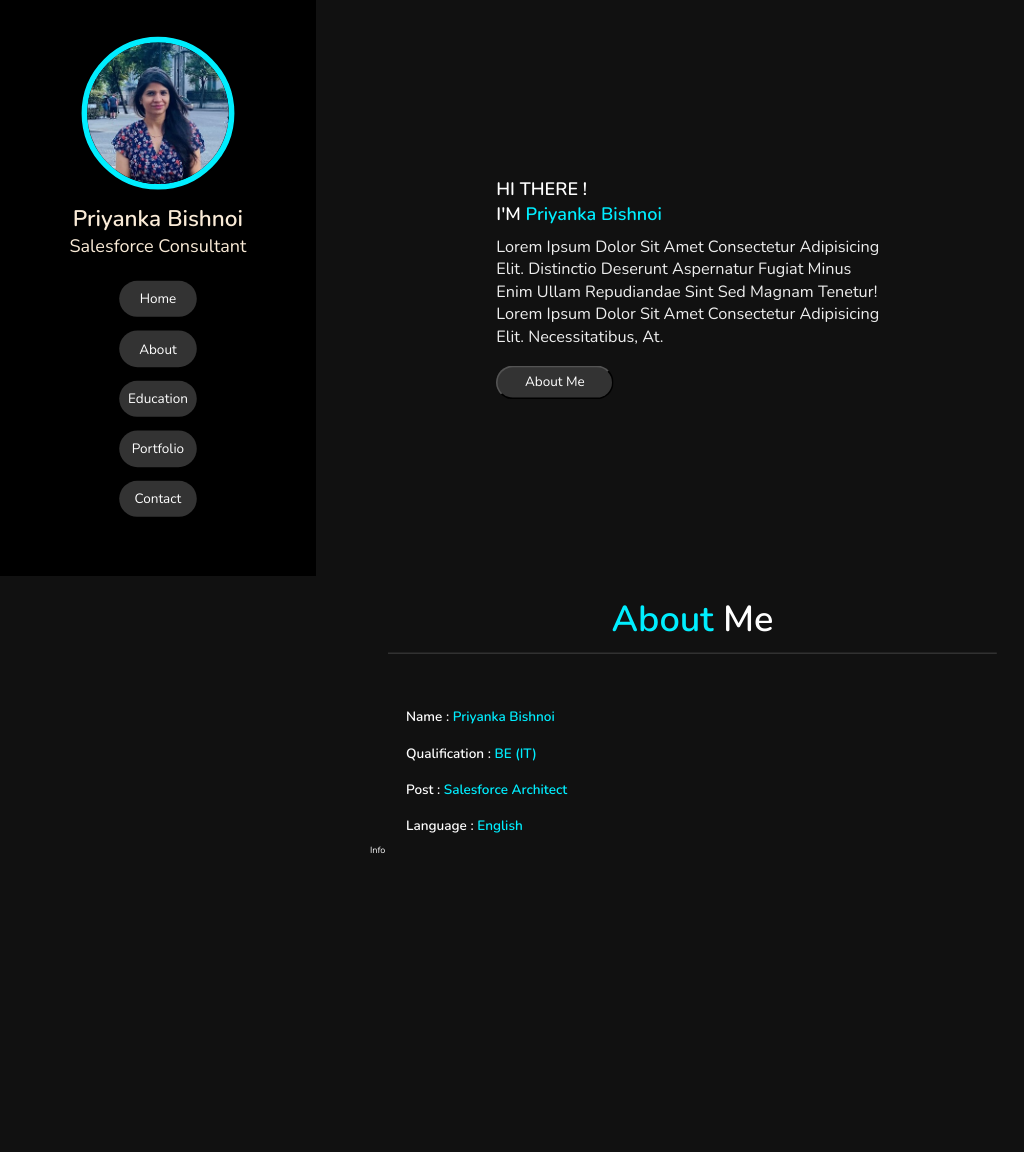
Repository: priyanka-bishnoi/PortfolioPage
Page: MyPage.html
These files come from the project's save history. The page is drawn as it stood at one moment and after the next save; the edit follows.
The browser window is 1280 px wide. The pictures show the whole page, at 80% of full size.

Above is the page before, as saved 2022-10-08 17:36:29.

### MyPage.html
<!DOCTYPE html>
<html>
<head>
    <link rel="stylesheet" href="css/style.css">

</head>
<body>
<header>
    <div class= "user">
        <img src="Background1.jpg"/>
        <h1 class="name" >Priyanka Bishnoi</h1>
        <p class="post" >Salesforce Consultant</p>
    </div>

    <nav class="navBar">
        <ul>
            <li> <a href="#home">Home</a></li>
            <li> <a href="#about">About</a></li>
            <li> <a href="#education">Education</a></li>
            <li> <a href="#portfolio">Portfolio</a></li>
            <li> <a href="#contact">Contact</a></li>

        </ul>


    </nav>


</header>

<!-- Home-->

<section class="home" id="home">

    <h3>HI THERE !</h3>
    <h1>I'M <span>Priyanka Bishnoi</span></h1>
    <p>Lorem ipsum dolor sit amet consectetur adipisicing elit. Distinctio deserunt aspernatur fugiat minus enim ullam repudiandae sint sed magnam tenetur! Lorem ipsum dolor sit amet consectetur adipisicing elit. Necessitatibus, at.
    </p>
    <a href="#about"><button class="btn">about me </button></a>


</section>

<section class="about" id="about">
<h1 class="heading"> <span>About </span>Me</h1>

<div class="row">
    <div class="info">
        <h3>  name : <span> priyanka bishnoi </span></h3>
        <h3> qualification :  <span> BE (IT) </span> </h3>
        <h3>  post : <span>Salesforce Architect </span>  </h3>
        <h3> language :<span> English  </span>  </h3>
    </div>
</div>
 <p> Info </p>


</section>

</body>
</html>

### css/style.css
@import url('https://fonts.googleapis.com/css2?family=Nunito:wght@200;300;400;600&display=swap');
:root{
    --orange:rgb(0, 238, 255);
}
*{
    font-family: 'Nunito', sans-serif;
    margin:0;
    padding:0;
    box-sizing:border-box;
    text-decoration:none;
    text-transform:capitalize;
    transition:all .2s linear;
}
html {
    font-size:70.5%;
    overflow-x:hidden;
}
body{
    background:#111;
    overflow-x: hidden;
    padding-left: 40rem;
}

section{
    min-height: 100vh;
    padding:1rem;
}

.btn{
    padding:.7rem 3rem;
    background:#333;
    color:#fff;
    cursor: pointer;
    margin-top: 1rem;
    font-size: 1.5rem;
    border-radius: 5rem;
}

.btn:hover{
    background:var(--orange);
}

.heading{
    text-align: center;
    margin:0 2rem;
    font-size: 4rem;
    padding:1rem;
    border-bottom: .1rem solid #fff4;
    color:#fff;
}

.heading span{
    color:var(--orange);
}

header {
    position:fixed;
    top:0; left:0;
    z-index:1000;
    height:100%;
    width:35rem;
    background:black;
    display:flex;
    align-items: center;
    justify-content: center;
    flex-flow: column;
    text-align: center;
}

header .user img {
    height: 17rem;
    width: 17rem;
    border-radius: 50%;
    object-fit: cover;
    margin-bottom: 1rem;
    border: 0.7rem solid var(--orange);
}
header .user .name {
    font-size: 2.5rem;
    color: antiquewhite;
}
header .user .post{
    font-size: 2rem;
    color: antiquewhite;
}

header .navBar {
    font-size : 2rem;
}
header .navBar ul{
    list-style: none;
    padding:1rem 2rem;
}
header .navBar ul li a{
    display: block;
    padding:1rem;
    margin:1.5rem 0;
    background:#333;
    color:#fff;
    font-size: 1.5rem;
    border-radius: 5rem;
}

header .navBar ul li a:hover{
    background:rgb(0, 238, 255);
}


.home{
    display: flex;
    justify-content: center;
    flex-flow: column;
    padding:0 15rem;
}

.home h3{
    font-size: 2rem;
    color:#fff;
}

.home h1{
    font-size:2rem;
    color:#fff;
}

.home h1 span{
    color:var(--orange);
}

.home p{
    font-size:1.8rem;
    color:#eee;
    padding: 1rem 0;
}

.about {
 color:white;
}
.about .row .info {

    display: block;
    justify-content: center;
    padding-left: 1rem;
    padding-top: 5rem;
    padding-right: 1rem;
    margin: 0 1rem;
    font-size: 1.5rem;

}
.about h3 span{
    color:var(--orange);
}
.about .row .info h3 {

    display: block;
    justify-content: center;
    padding: 1rem;
    margin: 0 1rem;
    font-size: 1.5rem;

}

After the next save:
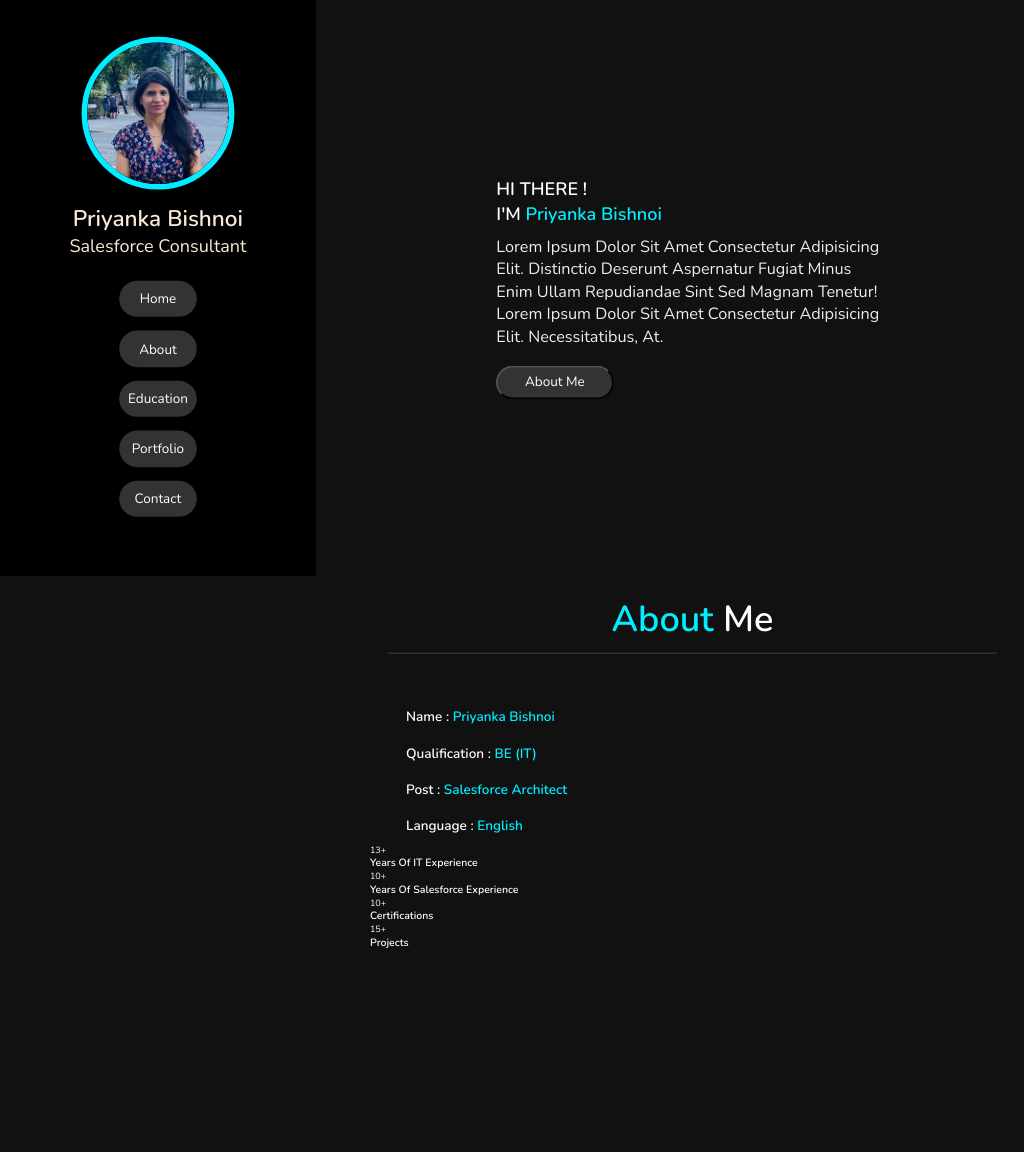
Saved 3 min 24 s later.
--- a/MyPage.html
+++ b/MyPage.html
@@ -51,8 +51,30 @@
         <h3>  post : <span>Salesforce Architect </span>  </h3>
         <h3> language :<span> English  </span>  </h3>
     </div>
+
+    <div class="counter">
+        <div class="box">
+            <span>13+</span>
+            <h3>years of IT experience</h3>
+        </div>
+
+        <div class="box">
+            <span>10+</span>
+            <h3>years of Salesforce Experience</h3>
+        </div>
+
+        <div class="box">
+            <span>10+</span>
+            <h3>Certifications</h3>
+        </div>
+
+        <div class="box">
+            <span>15+</span>
+            <h3>Projects</h3>
+        </div>
+    </div>
 </div>
- <p> Info </p>
+
 
 
 </section>
